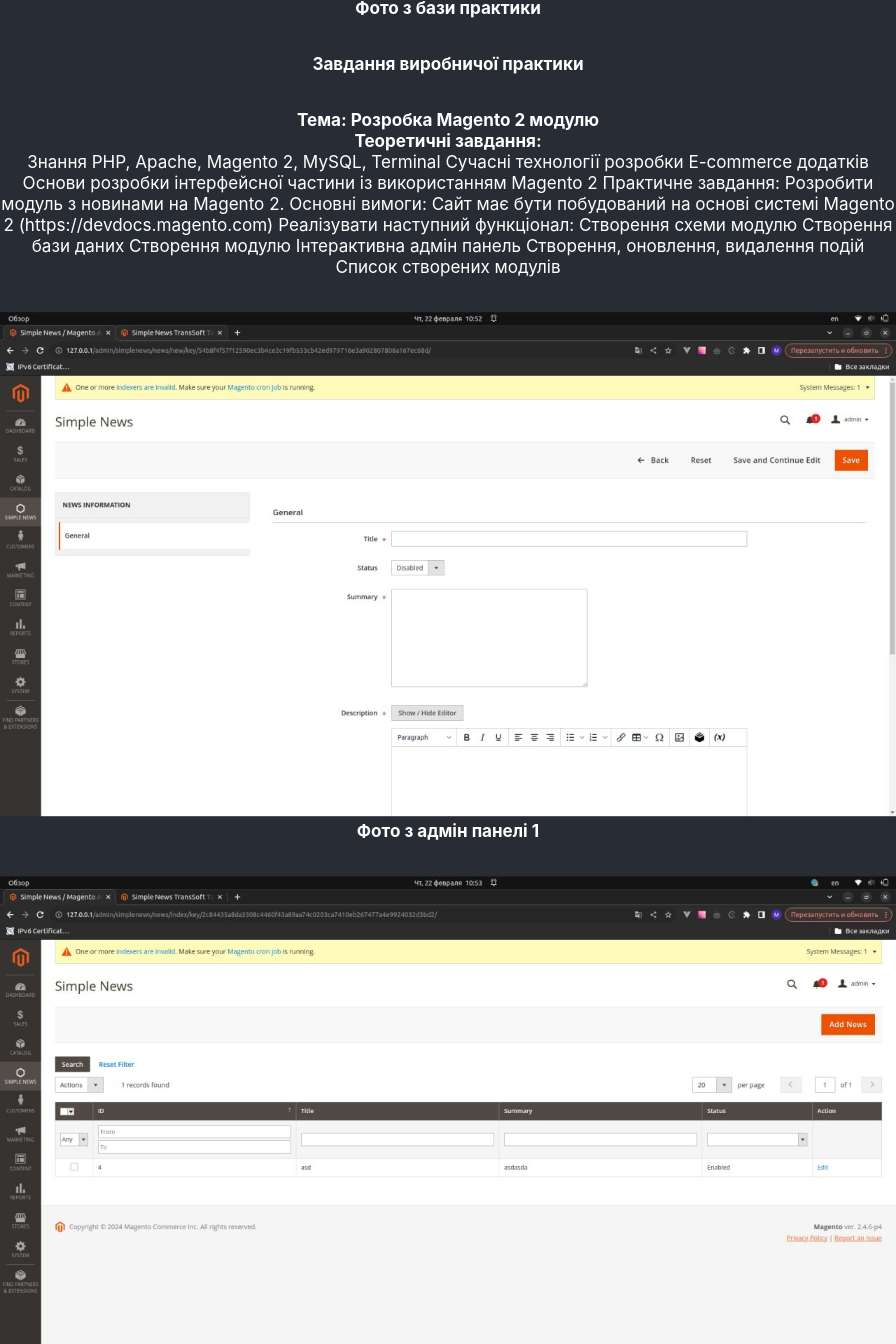
Repository: rutsguifd/prac-report
Page: /
These files come from the project's save history. The page is drawn as it stood at one moment and after the next save; the edit follows.
The browser window is 1280 px wide. The pictures show the part of the page from y = 1380 to 3300 px (the page is 4614 px tall before and 4644 px after), at 70% of full size.
The project was rebuilt for these pictures with package versions that can differ from the ones it lists, and the page was loaded fresh each time.

Above is the page before, as saved 2024-02-22 13:44:59.

### src/App.js
import "./App.css";
import IM1 from "./assets/im1.jpg";
import IM2 from "./assets/im2.jpg";
import IM3 from "./assets/im3.jpg";
import PR from "./assets/pr.jpg";

function App() {
  return (
    <div className="App">
      <header className="App-header">
        <div style={{ margin: "50px 0" }}>Practice Report</div>
        <div>
          <b>Вступ</b>
          <div style={{ margin: "50px 0" }}>
            З 2 9 січня по 16 лютого ми проходили виробничу практику у ТОВ
            “TRANSOFT GROUP”. TRANSOFT GROUP - це компанія, яка спеціалізується
            на розробці та підтримці рішень, заснованих на Magento, щоб сприяти
            трансформації бізнесу, підвищенню клієнтського досвіду та
            операційній ефективності в різних галузях. Використовуючи передові
            технології та глибокі галузеві знання, TRANSOFT GROUP розробляє
            інноваційні рішення, які допомагають клієнтам досягти своїх
            бізнес-цілей та впевнено конкурувати на ринку.
          </div>
          <div style={{ margin: "50px 0" }}>
            <img src={PR} alt="alt" width="100%" />
            <b>Фото з бази практики</b>
          </div>
          <div>
            <b>Завдання виробничої практики</b>
          </div>
          <div style={{ margin: "50px 0" }}>
            <div>
              <b>Тема: Розробка Magento 2 модулю</b>
            </div>
            <div>
              <b>Теоретичні завдання:</b>
            </div>
            Знання PHP, Apache, Magento 2, MySQL, Terminal Сучасні технології
            розробки E-commerce додатків Основи розробки інтерфейсної частини із
            використанням Magento 2 Практичне завдання: Розробити модуль з
            новинами на Magento 2. Основні вимоги: Сайт має бути побудований на
            основі системі Magento 2 (https://devdocs.magento.com) Реалізувати
            наступний функціонал: Створення схеми модулю Створення бази даних
            Створення модулю Інтерактивна адмін панель Створення, оновлення,
            видалення подій Список створених модулів
          </div>
          <div style={{ margin: "50px 0" }}>
            <img src={IM1} alt="alt" width="100%" />
            <b>Фото з адмін панелі 1</b>
          </div>
          <div style={{ margin: "50px 0" }}>
            <img src={IM2} alt="alt" width="100%" />
            <b>Фото з адмін панелі 2</b>
          </div>
          <div style={{ margin: "50px 0" }}>
            <img src={IM3} alt="alt" width="100%" />
            <b>Фото з вебсайту</b>
          </div>
          <b>Висновок</b>
          <div style={{ margin: "50px 0" }}>
            З 29 січня по 16 лютого ми проходили виробничу практику. Темою
            практики була розробка модулю із використанням LAMP. У цьому звіті
            підведені підсумки роботи за період проходження виробничої практики.
            На проекті було використано такі технології: Apache, Magento 2,
            composer, ElasticSearch, MySQL, PHP. Дана виробнича практика була
            для мене надзвичайно корисною. Протягом виробничої практики я
            удосконалив свої знання та навички використання вище описаних
            модулів. Я розробив адмінську панель з можливістю створення сторінки
            новин, підтягнув свої знання і практичні навички у використанні
            Magento та створенням архітектури проекту. Отже, виробнича практика
            була для мене корисною та цікавою.
          </div>
        </div>
      </header>
    </div>
  );
}

export default App;

Loaded but not shown: public/index.html (common file); src/index.js (common file); src/index.css (common file); src/App.css (common file)

After the next save:
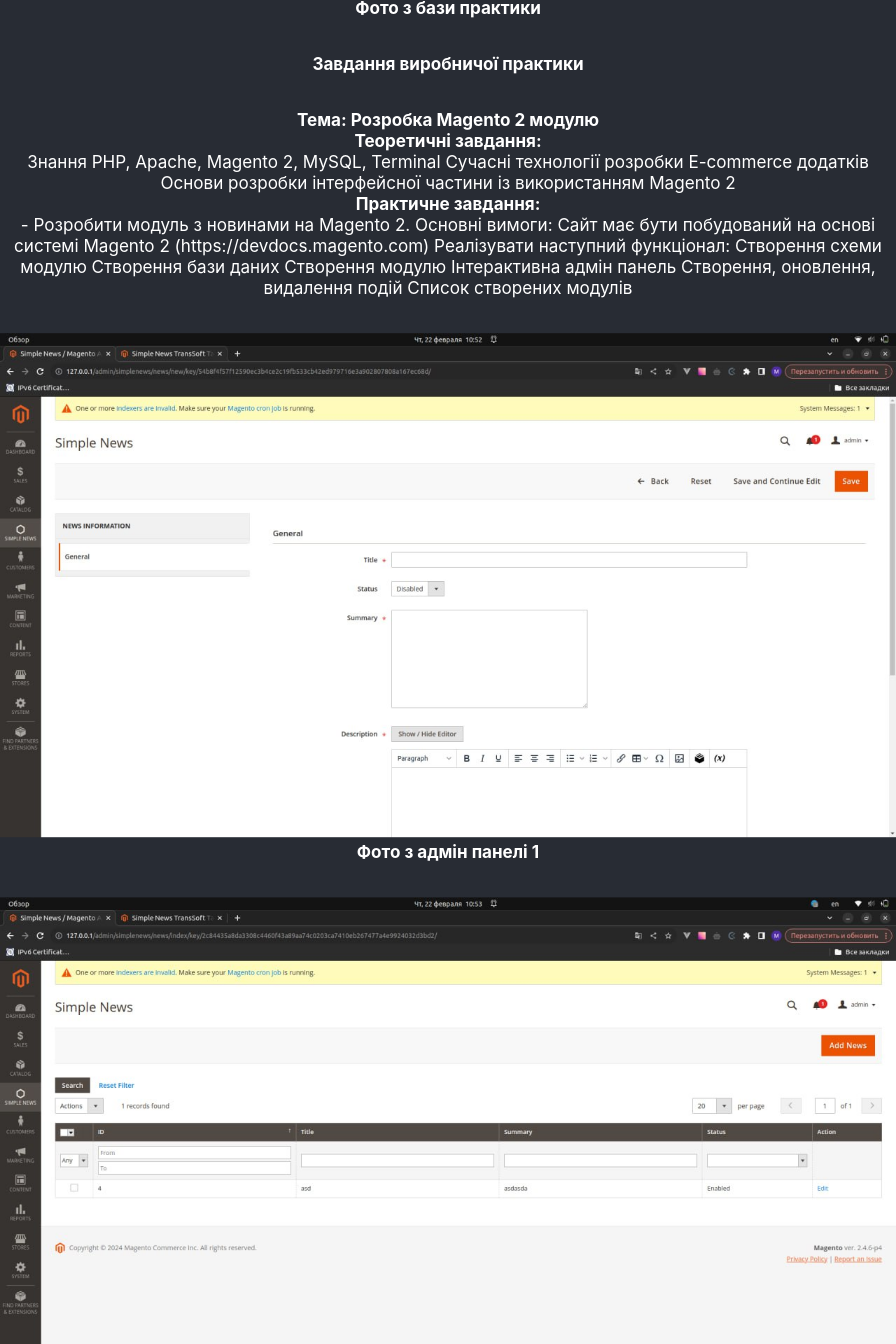
Saved 49 s later.
--- a/src/App.js
+++ b/src/App.js
@@ -37,12 +37,16 @@
             </div>
             Знання PHP, Apache, Magento 2, MySQL, Terminal Сучасні технології
             розробки E-commerce додатків Основи розробки інтерфейсної частини із
-            використанням Magento 2 Практичне завдання: Розробити модуль з
-            новинами на Magento 2. Основні вимоги: Сайт має бути побудований на
-            основі системі Magento 2 (https://devdocs.magento.com) Реалізувати
-            наступний функціонал: Створення схеми модулю Створення бази даних
-            Створення модулю Інтерактивна адмін панель Створення, оновлення,
-            видалення подій Список створених модулів
+            використанням Magento 2
+            <div>
+              <b>Практичне завдання:</b>
+            </div>
+            - Розробити модуль з новинами на Magento 2. Основні вимоги: Сайт має
+            бути побудований на основі системі Magento 2
+            (https://devdocs.magento.com) Реалізувати наступний функціонал:
+            Створення схеми модулю Створення бази даних Створення модулю
+            Інтерактивна адмін панель Створення, оновлення, видалення подій
+            Список створених модулів
           </div>
           <div style={{ margin: "50px 0" }}>
             <img src={IM1} alt="alt" width="100%" />
